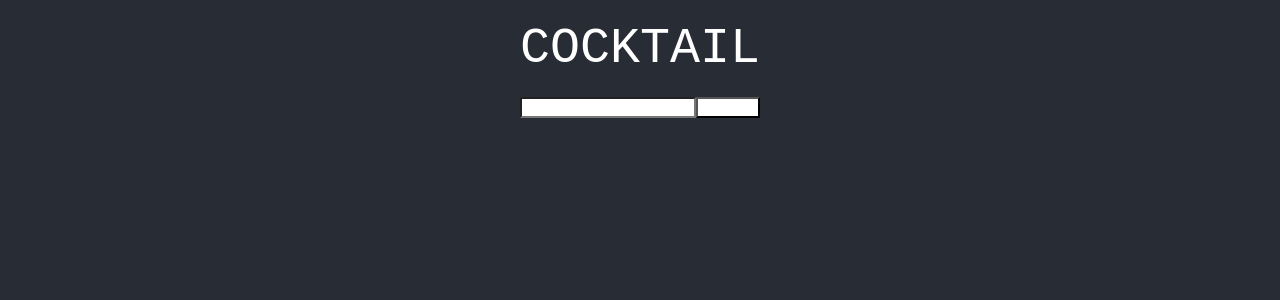
Repository: phunobi1807/coctails
Page: /
The author's editor kept a copy of each file at every save. The page is drawn from the files as they stood at one save, then again after the next save.
The browser window is 1280 px wide. The pictures show the whole page.
The page's requests for data from a server got no answer. The project was rebuilt for these pictures with package versions that can differ from the ones it lists, and the page was loaded fresh each time. No one was signed in, and anything a server would have sent is missing.

Above is the page before, as saved 2021-09-25 13:36:04.

### src/App.js
import React from 'react';
import './App.scss';
import  ListCocktails from "./components/ListCocktails"

function App() {
  return (
    <div className="App">
        <header><span>C</span>OCKTAIL</header>

        <ListCocktails />
    </div>
  );
}

export default App;

### src/App.scss
* {
  background-color: #282c34;
  color: white;
  font-family: 'Courier New', Courier, monospace, sans-serif;
}
.App
{
  header
  {
    font-size: 50px;
    text-align: center;
    margin: 20px 0;
  }
}

### src/components/ListCocktails.js
import axios from "axios";
import React, { Component } from "react";
import "./ListCocktails.scss";
class componentName extends Component {
  state = {
    listCocktail: [],
    name: "",
    loading: false,
  };

  async componentDidMount() {
    let res = await axios.get(
      "https://www.thecocktaildb.com/api/json/v1/1/search.php?s="
    );
    console.log("check data:", res.data.drinks);
    this.setState({
      listCocktail: res.data && res.data.drinks ? res.data.drinks : [],
    });
  }

  render() {
    let { listCocktail, loading } = this.state;
    return (
      <>
        <div className="input">
          <form action="">
            <input type="text" />
            <input type="submit" />
          </form>
        </div>
        <div className="container">
          {!loading ? (
            listCocktail.map((item, index) => {
              return (
                <>
                  <div className="product-cocktail" key={item.id}>
                    <img src={item.strDrinkThumb} alt="" />
                    <p>
                      <span>Name cocktail: {item.strDrink}</span>
                    </p>
                    <p>
                      <span>Use: {item.strInstructions}</span>{" "}
                    </p>
                  </div>
                </>
              );
            })
          ) : (
            <div>Loading...</div>
          )}
        </div>
      </>
    );
  }
}

export default componentName;

### src/components/ListCocktails.scss
.input
{
    text-align: center;
    margin-bottom: 30px;
    input
    {
        background-color: white;
    }
}
.container {
    display: flex;
    justify-content: space-between;
    flex-wrap: wrap;
    padding: 0 10px;

    .product-cocktail {
        max-width: 300px;
        white-space: nowrap;
    text-overflow: ellipsis;
    overflow: hidden;
        img {
            width: 300px;
            height: 200px;
            object-fit: cover;
            border-radius: 5px;
        }
        p {
            span {
                white-space: inherit;
                text-overflow: inherit;
                overflow: inherit;
                color: crimson;
            }
        }
    }
}

Loaded but not shown: public/index.html (common file); src/index.js (common file); src/index.css (common file); src/reportWebVitals.js (common file)

After the next save:
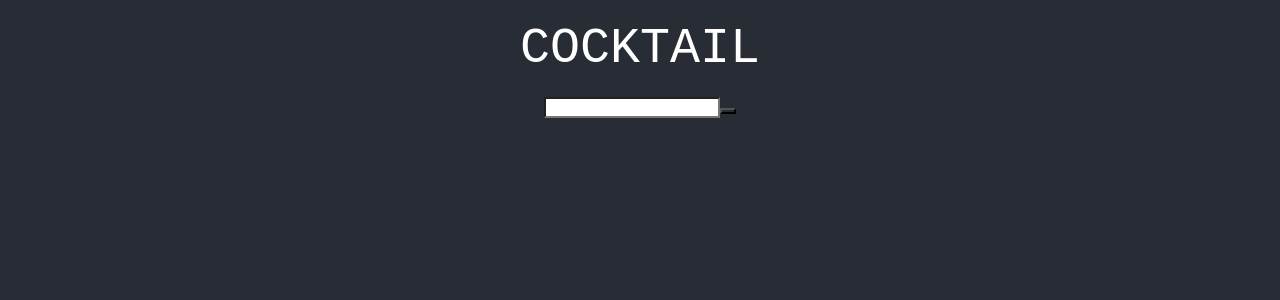
Saved 5 s later.
--- a/src/components/ListCocktails.js
+++ b/src/components/ListCocktails.js
@@ -25,7 +25,7 @@ class componentName extends Component {
         <div className="input">
           <form action="">
             <input type="text" />
-            <input type="submit" />
+            <button></button>
           </form>
         </div>
         <div className="container">
